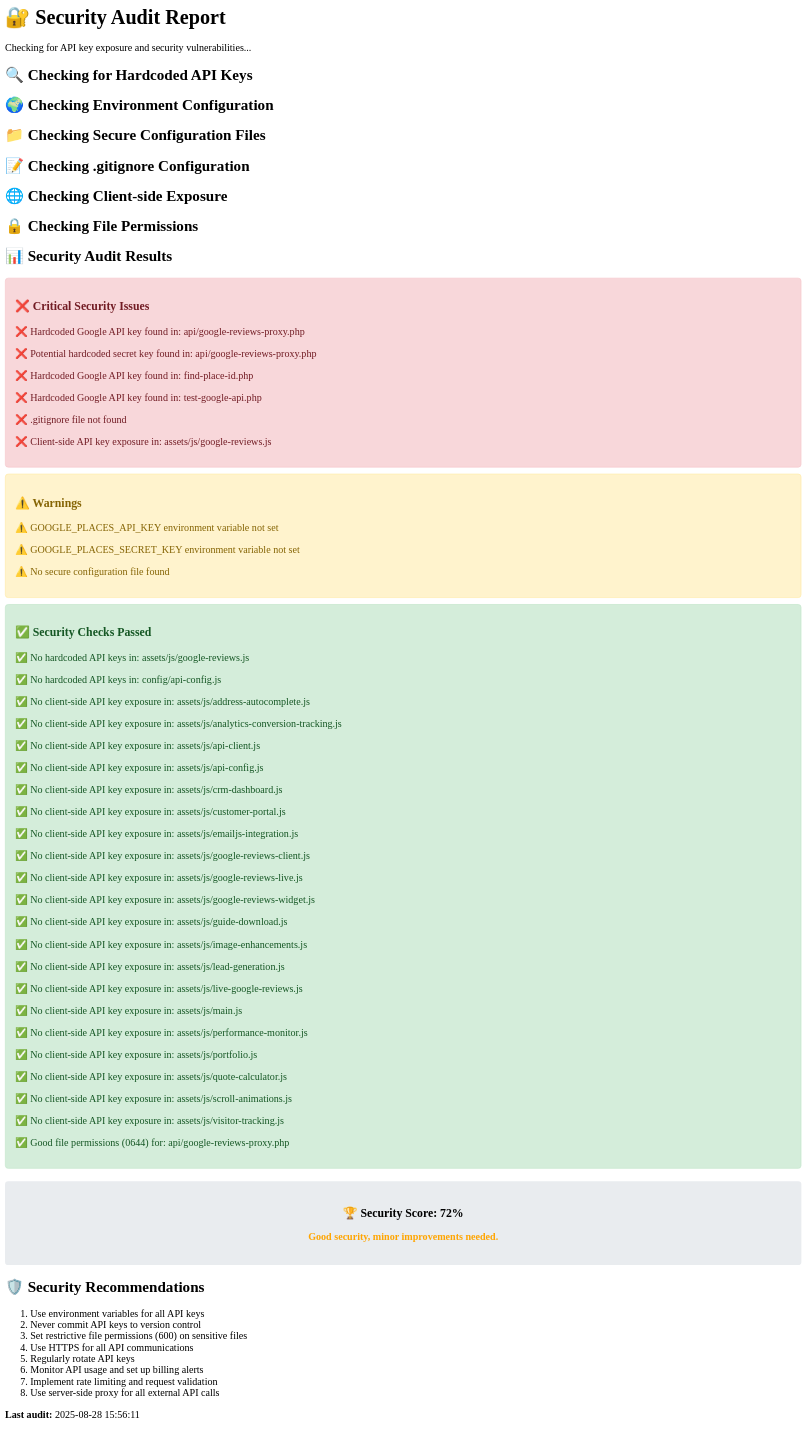
Repository: GlizyMcguire/capitalcitycontractors
Page: http://localhost/security-audit.php
An editor plug-in stored every save of this project. The page is shown before and after the next save, followed by the edit.
The browser window is 1280 px wide. The pictures show the whole page, at 63% of full size.
The page is run by PHP 8.4 with error messages shown; the project is at /var/www/html/.

Above is the page before, as saved 2025-08-28 21:20:03.

After the next save:
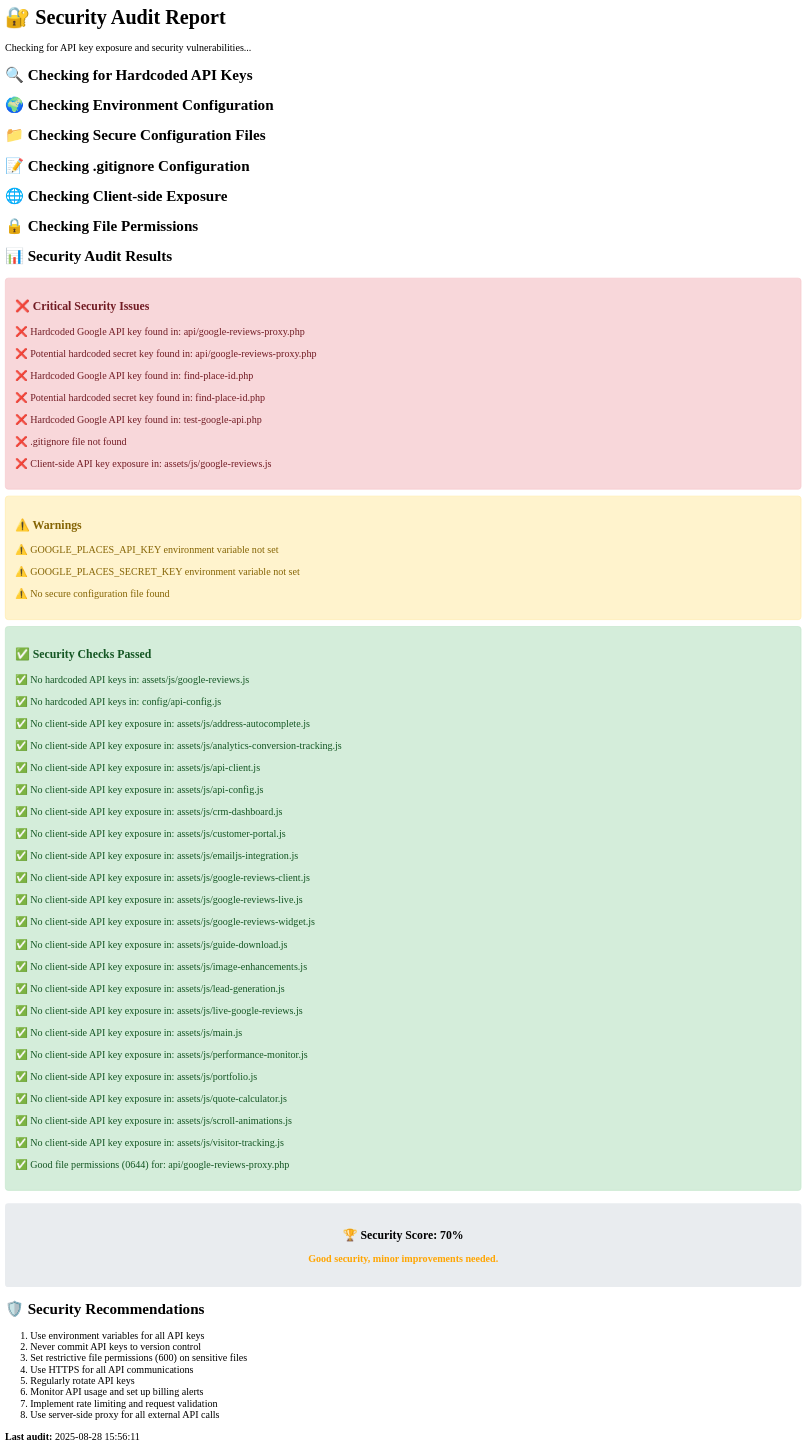
Saved 12 s later.
--- a/find-place-id.php
+++ b/find-place-id.php
@@ -5,6 +5,7 @@
  */
 
 $api_key = 'AIzaSyCoeZ8b6mDNFaLVbqTx5H9FgNjpTBbWW1s';
+$secret_key = '1t1Jpxqi2j3TufvwV4QjWV376KU=';
 
 echo "<h1>🔍 Place ID Finder for Capital City Contractors</h1>\n";
 echo "<p>This tool searches for the correct Google Places API Place ID for Capital City Contractors.</p>\n";
